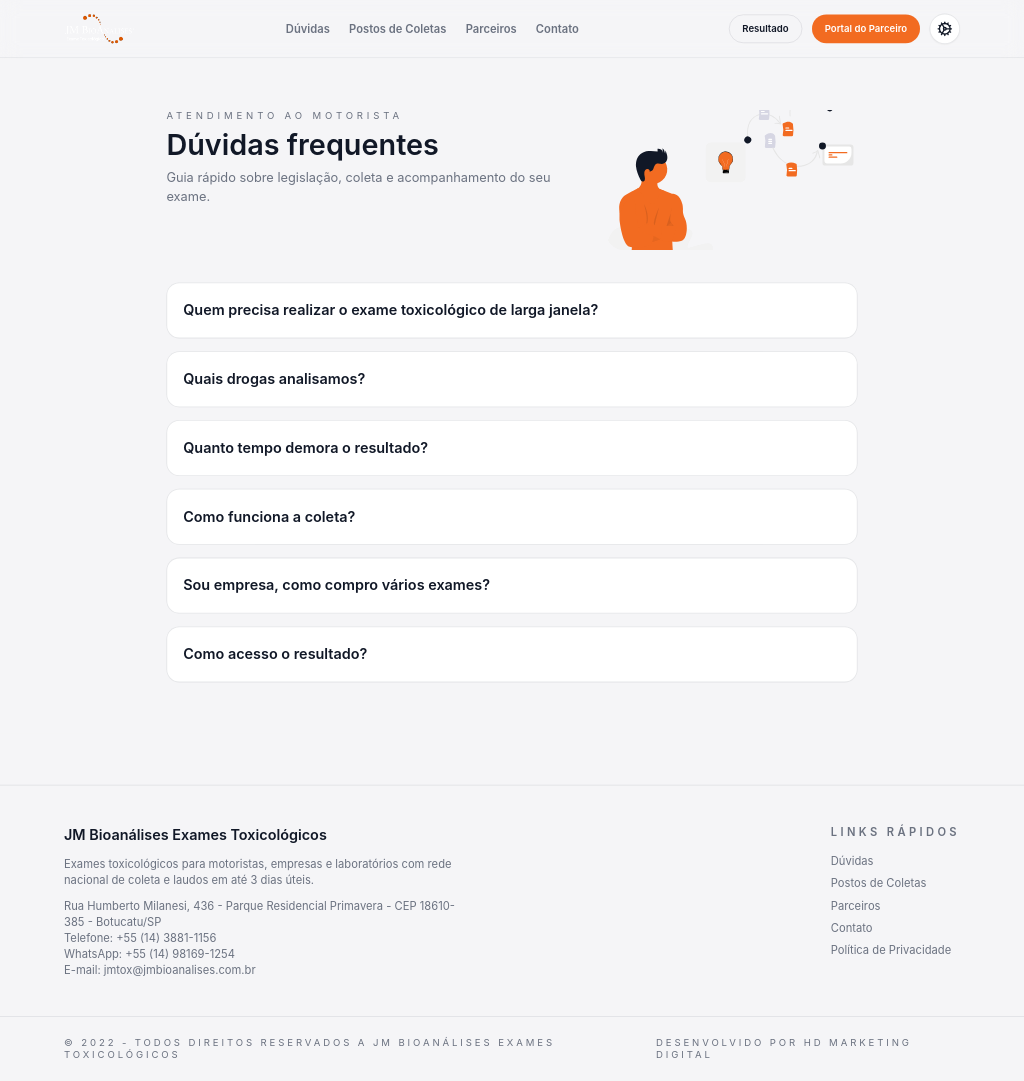
Repository: 1xLab/cat1
Page: /duvidas-frequentes
The author's editor kept a copy of each file at every save. The page is drawn from the files as they stood at one save, then again after the next save.
The browser window is 1280 px wide. The pictures show the whole page, at 80% of full size.
The page's requests for data from a server got no answer. The project was rebuilt for these pictures with package versions that can differ from the ones it lists, and the page was loaded fresh each time. The framework's server and built-in components were replaced by stand-ins that run in the browser. No one was signed in, and anything a server would have sent is missing. Also part of the build but not shown: next.config.ts.

Above is the page before, as saved 2025-11-20 09:30:13.

After the next save:
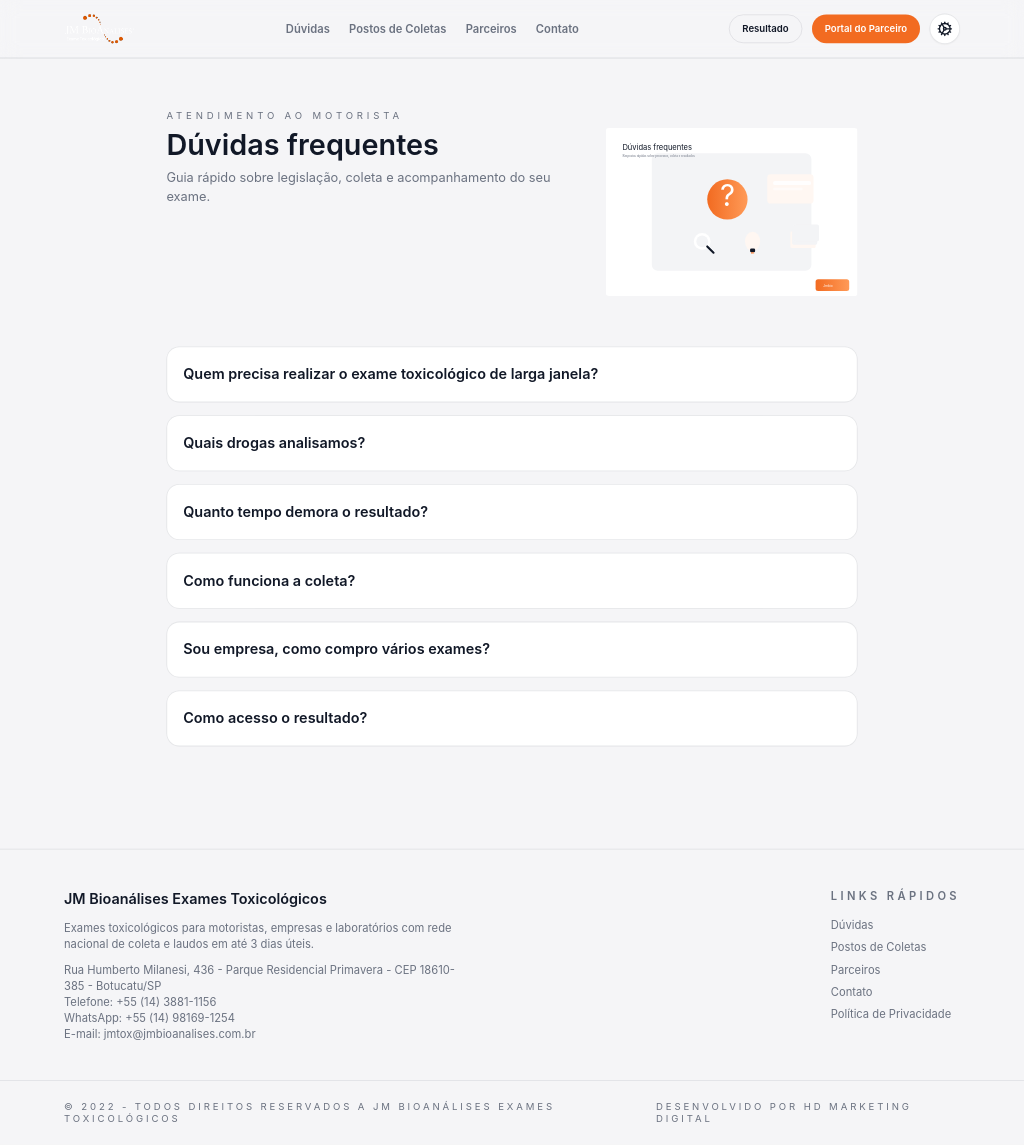
Saved 26 s later.
--- a/src/app/duvidas-frequentes/page.tsx
+++ b/src/app/duvidas-frequentes/page.tsx
@@ -1,7 +1,7 @@
 import Image from "next/image";
 import type { Metadata } from "next";
 
-const illustration = "/imagens/illustration-duvidas-v2.svg";
+const illustration = "/imagens/illustration-duvidas-v3.svg";
 
 const faqs = [
   {
@@ -55,13 +55,13 @@ export default function DuvidasPage() {
             Guia rápido sobre legislação, coleta e acompanhamento do seu exame.
           </p>
         </div>
-        <div className="relative h-44 rounded-3xl">
+        <div className="relative h-44 md:h-64 rounded-3xl">
           <Image
             src={illustration}
-            alt="Ilustração de caminhão à noite"
+            alt="Ilustração Dúvidas frequentes"
             fill
-            className="rounded-3xl object-cover"
-            sizes="(min-width: 768px) 250px, 100vw"
+            className="rounded-3xl object-contain"
+            sizes="(min-width: 768px) 320px, 100vw"
           />
         </div>
       </div>
